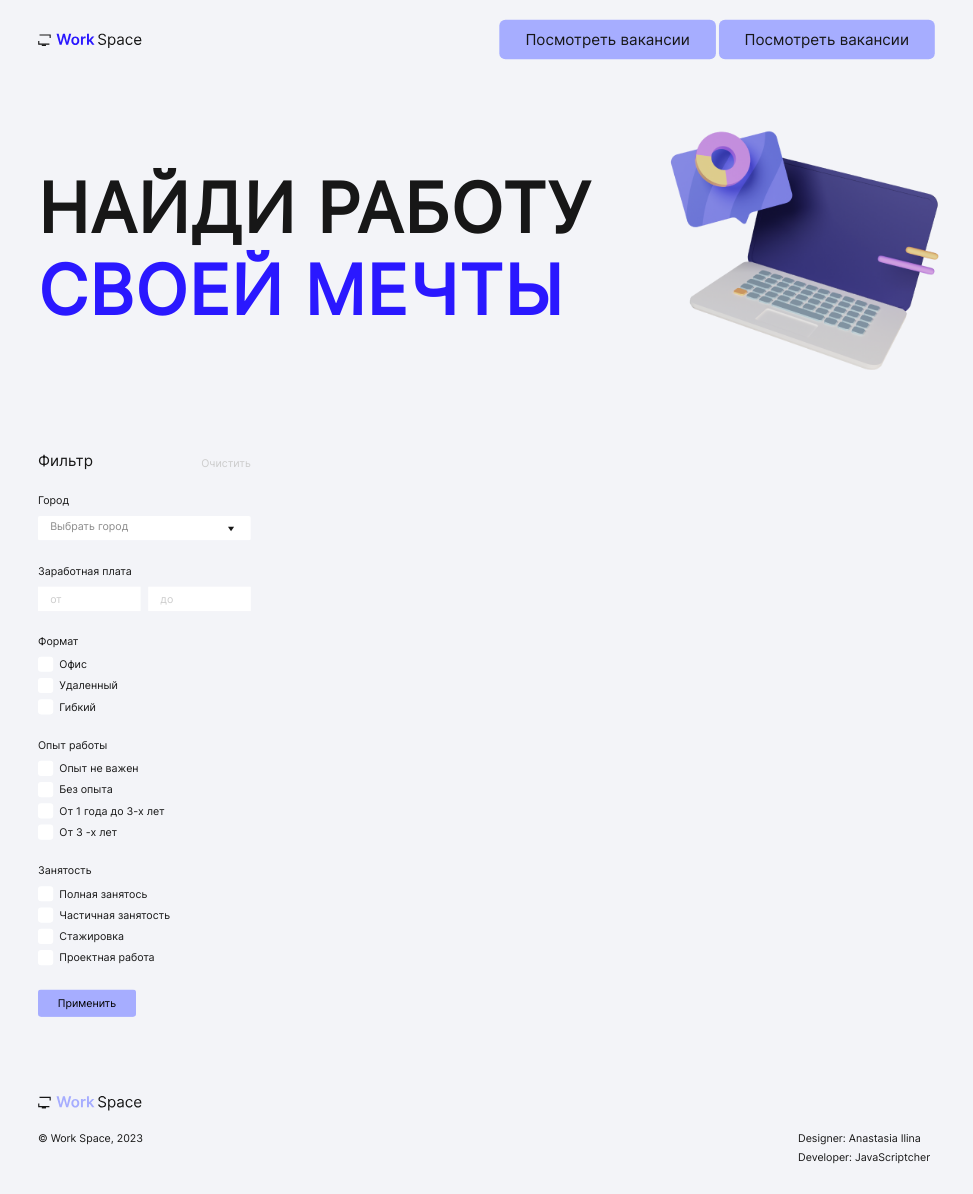
Repository: alexboagreek/workspace_js
Page: index.html
An editor plug-in stored every save of this project. The page is shown before and after the next save, followed by the edit.
The browser window is 1280 px wide. The pictures show the whole page, at 76% of full size.
The page's requests for data from a server got no answer.

Above is the page before, as saved 2023-09-13 07:37:30.

After the next save:
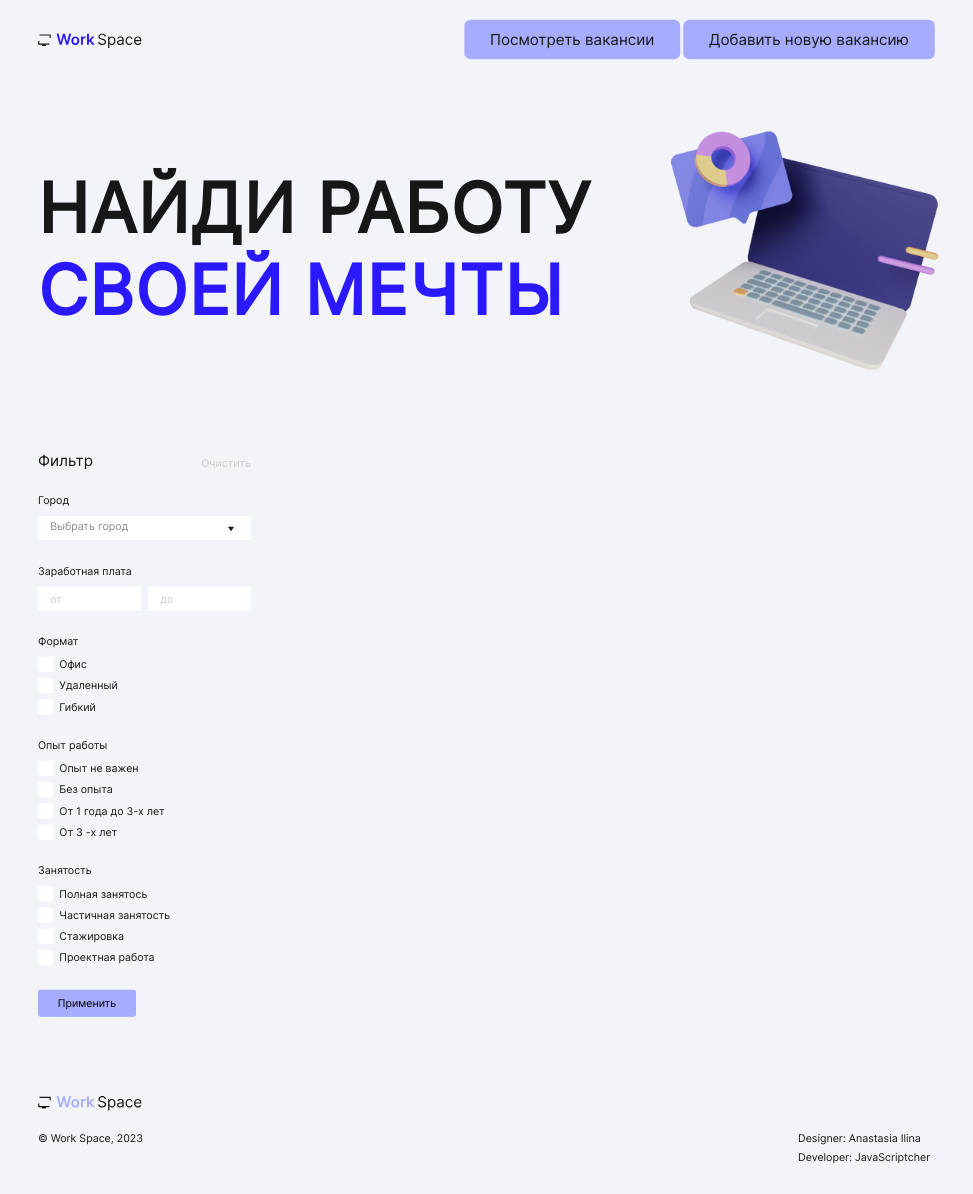
Saved 105 s later.
--- a/index.html
+++ b/index.html
@@ -19,7 +19,7 @@
 
       <div class="header__links">
         <a class="header__link" href="#vacancies">Посмотреть вакансии</a>
-        <a class="header__link" href="#vacancies">Посмотреть вакансии</a>
+        <a class="header__link" href="#vacancies">Добавить новую вакансию</a>
       </div>
     </div>
   </header>
